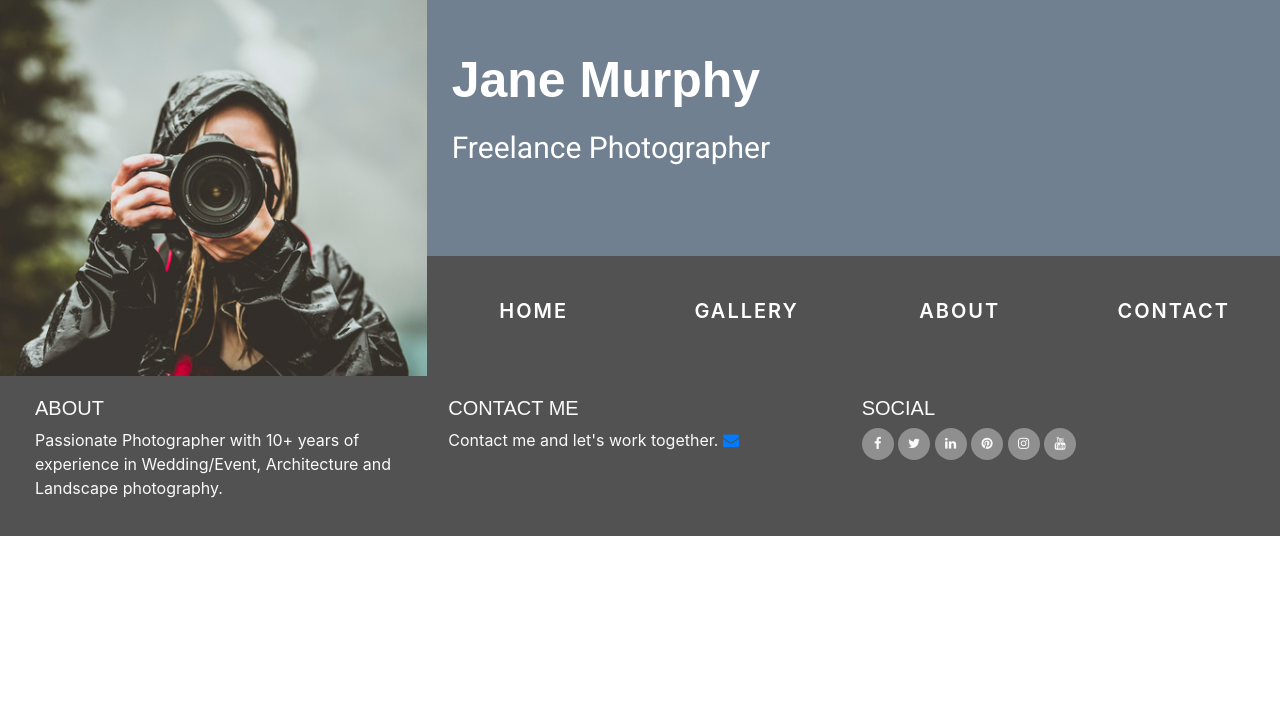
Repository: Code-Institute-Submissions/MrChrisRandall-milestone-1
Page: gallery.html
The author's editor kept a record of every edit. The page is drawn from the files as they stood at one moment, then again after the next edit.
The browser window is 1280 px wide. The pictures show the whole page.

Above is the page before.

### gallery.html
<!DOCTYPE html>
<html lang="en">

<head>
    <meta charset="UTF-8">
    <meta name="viewport" content="width=device-width, initial-scale=1.0">
    <meta http-equiv="X-UA-Compatible" content="ie=edge">
    <link rel="stylesheet" href="https://stackpath.bootstrapcdn.com/bootstrap/4.3.1/css/bootstrap.min.css" type="text/css" />
    <link rel="stylesheet" href="https://stackpath.bootstrapcdn.com/font-awesome/4.7.0/css/font-awesome.min.css" type="text/css" />
    <link rel="stylesheet" href="https://cdnjs.cloudflare.com/ajax/libs/hover.css/2.3.1/css/hover-min.css" type="text/css" />
    <link rel="stylesheet" href="assets/css/style.css" type="text/css" />
    <title>Studio 21</title>
</head>

<body>
    <header>
        <div class="row no-gutters">
            <a href="index.html" class="col-md-4 logo">

            </a>
            <div class="col-md-8">
                <div class="row no-gutters bg-color-name-title">
                    <div class="col heading">
                        <h1 class="name">Jane Murphy</h1>
                        <h2 class="title">Freelance Photographer</h2>
                    </div>
                </div>
                <div class="row no-gutters">
                    <div class="col">
                        <ul id="nav" class="list-inline menucontainer">
                            <li class="col-6 col-sm-3 ui-menu-color-home list-inline-item menuitem">
                                <a href="index.html" class="hvr-grow-shadow"><span>Home</span></a>
                            </li>
                            <li class="col-6 col-sm-3 ui-menu-color-gallery list-inline-item menuitem">
                                <a href="gallery.html" class="hvr-grow-shadow"><span>Gallery</span></a>
                            </li>
                            <li class="col-6 col-sm-3 ui-menu-color-about list-inline-item menuitem">
                                <a href="about.html" class="hvr-grow-shadow"><span>About</span></a>
                            </li>
                            <li class="col-6 col-sm-3 ui-menu-color-contact list-inline-item menuitem">
                                <a href="contact.html" class="hvr-grow-shadow"><span>Contact</span></a>
                            </li>
                        </ul>
                    </div>
                </div>

            </div>
        </div>

    </header>

    <section class="container-fluid">


    </section>

    <footer class="container-fluid">
        <div id="footer-details" class="row">
            <div class="col-sm-4">
                <h5 class="uppercase general-sub">About</h5>
                <p class="inline-block">
                    Passionate Photographer with 10+ years of experience in Wedding/Event, Architecture and Landscape photography.
                </p>
            </div>
            <div class="col-sm-4">
                <h5 class="uppercase general-sub">Contact Me</h5>
                <p class="inline-block">
                    Contact me and let's work together.
                    <a href="contact.html" class="contant-link">
                        <i class="fa fa-envelope" aria-hidden="true"></i>
                        <span class="sr-only">Contact link.</span>
                    </a>
                </p>
            </div>
            <div class="col-sm-4">
                <h5 class="uppercase general-sub">Social</h5>
                <ul class="list-inline social-links">
                    <li class="list-inline-item">
                        <a target="_blank" href="#">
                            <i class="fa fa-facebook" aria-hidden="true"></i>
                            <span class="sr-only">Facebook</span>
                        </a>
                    </li>
                    <li class="list-inline-item">
                        <a target="_blank" href="#">
                            <i class="fa fa-twitter" aria-hidden="true"></i>
                            <span class="sr-only">Twitter</span>
                        </a>
                    </li>
                    <li class="list-inline-item">
                        <a target="_blank" href="#">
                            <i class="fa fa-linkedin" aria-hidden="true"></i>
                            <span class="sr-only">LinkedIn</span>
                        </a>
                    </li>
                    <li class="list-inline-item">
                        <a target="_blank" href="#">
                            <i class="fa fa-pinterest" aria-hidden="true"></i>
                            <span class="sr-only">Pinterest</span>
                        </a>
                    </li>
                    <li class="list-inline-item">
                        <a target="_blank" href="#">
                            <i class="fa fa-instagram" aria-hidden="true"></i>
                            <span class="sr-only">Instagram</span>
                        </a>
                    </li>
                    <li class="list-inline-item">
                        <a target="_blank" href="#">
                            <i class="fa fa-youtube" aria-hidden="true"></i>
                            <span class="sr-only">YouTube</span>
                        </a>
                    </li>
                </ul>
            </div>
        </div>
    </footer>

</body>

</html>

### assets/css/style.css
@import url('https://fonts.googleapis.com/css?family=Roboto&display=swap:100,200,300,400,500,600,700|Exo:100,200,300,400,500,600,700');


/*--------------------------------------------------Colors*/

.bg-color-name-title {
    background-color: #708090;
}

.ui-menu-color-home {
    background-color: #525252;
}

.ui-menu-color-gallery {
    background-color: #525252;
}

.ui-menu-color-about {
    background-color: #525252;
}

.ui-menu-color-contact {
    background-color: #525252;
}

/*--------------------------------------------------General*/

h1,
h2,
h3,
h4 {
    margin: 0;
}

.uppercase {
    text-transform: uppercase;
}

.general-sub {
    font-family: "Exo", sans-serif;
    font-weight: 300;
    color: #fafafa
}

.inline-block {
    display: inline-block;
}

.row-table {
    display: table;
}

.section-column {
    display: table-cell;
    padding: 0 30px 30px;
    float: none;
}

.history-heading,
.section-heading {
    font-family: "Exo", sans-serif;
    font-weight: 300;
    margin-top: 25px;
    margin-bottom: 40px;
}

/*--------------------------------------------------Header*/

.header {
    margin: 0;
}

.heading {
    margin-left: 25px;
}

.logo {
    background: url(../images/pic.jpg);
    background-position: center;
    background-repeat: no-repeat;
    background-size: cover;
    min-height: 360px;
}

.name {
    font-family: "Exo", sans-serif;
    font-weight: 600;
    font-size: 50px;
    margin-top: 50px;
    color: #fff;
}

.title {
    font-family: "Roboto", sans-serif;
    font-weight: 400;
    font-size: 30px;
    margin-top: 20px;
    margin-bottom: 90px;
    color: #fff;
}

.list-inline-item:not(:last-child) {
    margin: 0;
}

.menucontainer {
    font-size: 0;
}

#nav {
    margin: 0;
}

#nav li {
    font-size: 14px;
    padding: 0;
}

.menuitem {
    height: 120px;
    text-align: center;
    padding: 0;
}

.menuitem a {
    width: 100%;
    text-decoration: none;
    color: #fff;
    height: 120px;
}

.menuitem span {
    display: block;
    width: 100%;
    padding-top: 40px;
    text-align: center;
    text-transform: uppercase;
    font-size: 20px;
    font-weight: 600;
    letter-spacing: 2px;
}

/*--------------------------------------------------Footer*/

footer {
    background-color: #525252;
    color: #fafafa;
    min-height: 120px;
    margin: 0;
}

.contact-link i {
    width: 32px;
    height: 32px;
    padding: 12px 0;
    border-radius: 50%;
    font-size: 13px;
    line-height: 7px;
    text-align: center;
    color: #fafafa;
    background: #8f8f8f;
    transition: all 0.35s ease-in-out;
    -moz-transition: all 0.35s ease-in-out;
    -webkit-transition: all 0.35s ease-in-out;
    -o-transition: all 0.35s ease-in-out;
}

.social-links {
    padding-bottom: 15px;
}

.social-links li a i {
    width: 32px;
    height: 32px;
    padding: 12px 0;
    border-radius: 50%;
    font-size: 13px;
    line-height: 7px;
    text-align: center;
    color: #fafafa;
    background: #8f8f8f;
    transition: all 0.35s ease-in-out;
    -moz-transition: all 0.35s ease-in-out;
    -webkit-transition: all 0.35s ease-in-out;
    -o-transition: all 0.35s ease-in-out;
}

.social-links li a i:hover {
    background: #708090;
}

#footer-details {
    padding: 20px;
}

/*--------------------------------------------------Personal Info*/

.personal-info-item {
    margin-bottom: 20px;
    display: block;
    clear: both;
}

.personal-info-item .key,
.personal-info-item .value {
    padding-right: 8px;
    display: inline-block;
}

.personal-info-item .key p,
.personal-info-item .value p {
    margin: 0;
}

.personal-info-item .key {
    width: 30%;
    margin-right: 21px;
    padding-top: 2px;
    vertical-align: top;
}

.personal-info-item .key p {
    font-weight: 700;
}

.personal-info-item .value {
    position: relative;
    width: 60%;
}

/*--------------------------------------------------Contact Form*/

.contact-heading {
    font-family: "Exo", sans-serif;
    font-weight: 300;
    margin-top: 25px;
    margin-bottom: 20px;
}

.center-form {
    padding-top: 10px;
    margin: 0 auto;
    max-width: 70%;
}

button[type="submit"] {
    margin-top: 15px;
    margin-bottom: 20px;
    color: #fafafa;
    background-color: #e84610;
}

After the next edit:
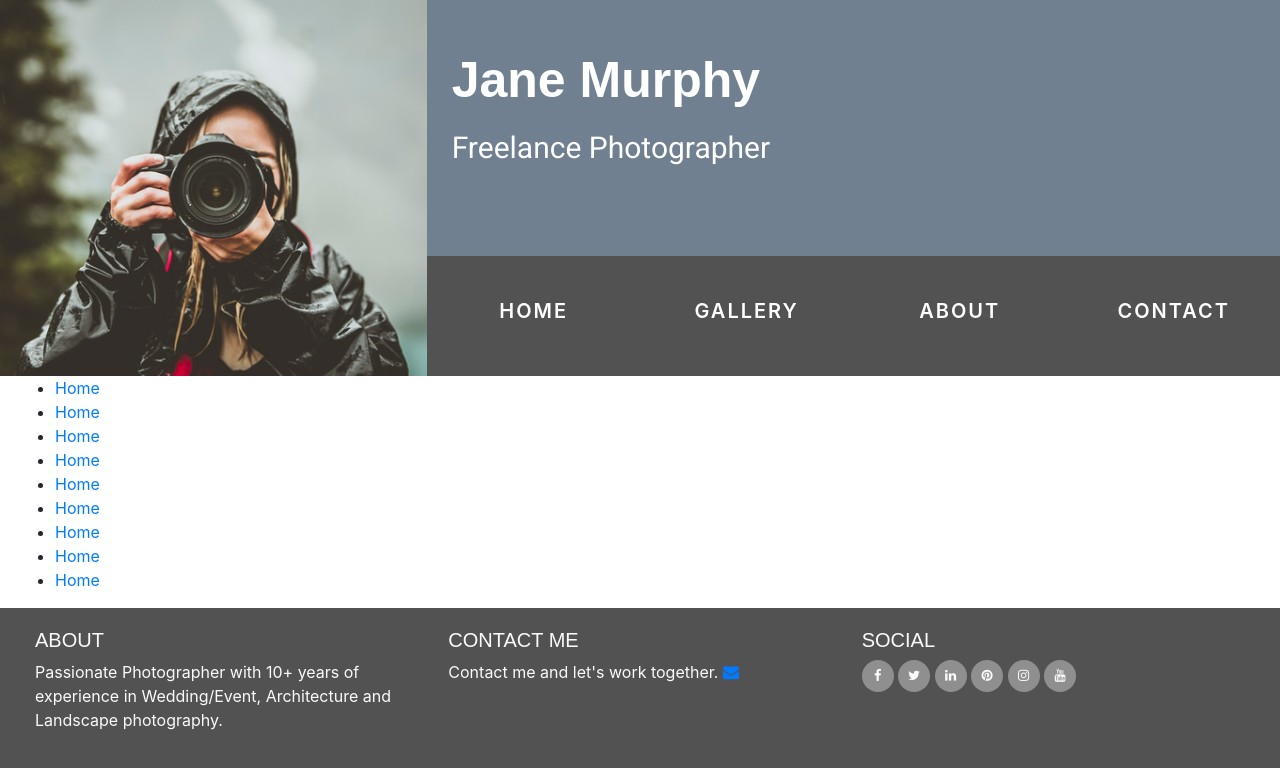
The edit:
--- a/gallery.html
+++ b/gallery.html
@@ -50,6 +50,17 @@
     </header>
 
     <section class="container-fluid">
+        <ul>
+            <li><a href="#">Home</a></li>
+            <li><a href="#">Home</a></li>
+            <li><a href="#">Home</a></li>
+            <li><a href="#">Home</a></li>
+            <li><a href="#">Home</a></li>
+            <li><a href="#">Home</a></li>
+            <li><a href="#">Home</a></li>
+            <li><a href="#">Home</a></li>
+            <li><a href="#">Home</a></li>
+        </ul>
 
 
     </section>

After the 2 edits that followed:
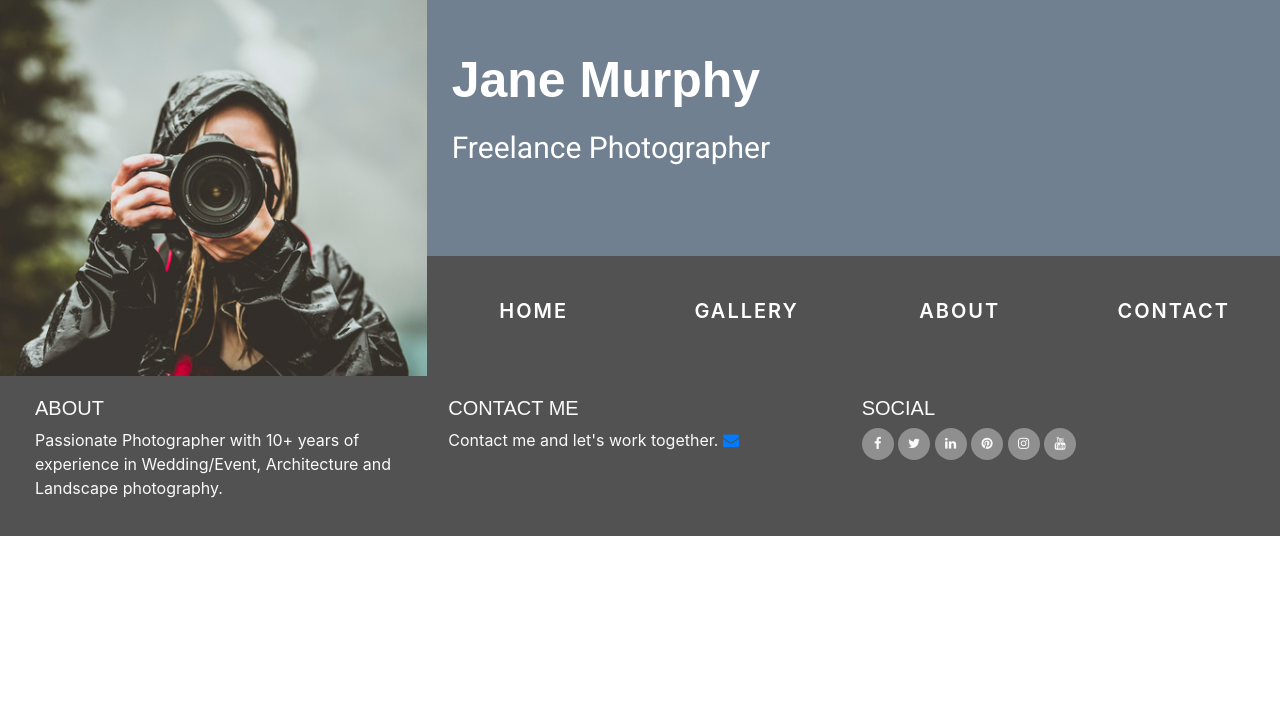
The 2 edits are shown as one change because 1 left the picture as it was.
The edit:
--- a/gallery.html
+++ b/gallery.html
@@ -50,17 +50,6 @@
     </header>
 
     <section class="container-fluid">
-        <ul>
-            <li><a href="#">Home</a></li>
-            <li><a href="#">Home</a></li>
-            <li><a href="#">Home</a></li>
-            <li><a href="#">Home</a></li>
-            <li><a href="#">Home</a></li>
-            <li><a href="#">Home</a></li>
-            <li><a href="#">Home</a></li>
-            <li><a href="#">Home</a></li>
-            <li><a href="#">Home</a></li>
-        </ul>
 
 
     </section>
